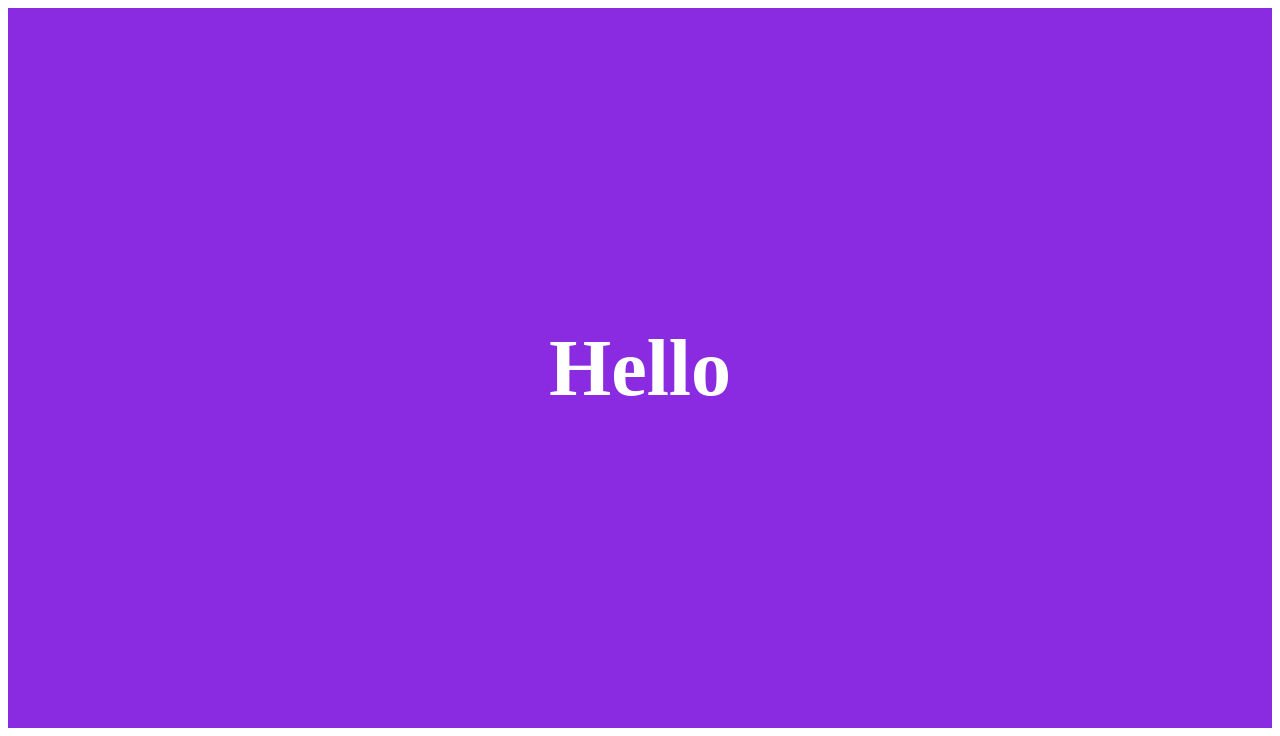
Repository: mohammadHaneen/new-project
Page: index.html
An editor plug-in stored every save of this project. The page is shown before and after the next save, followed by the edit.
The browser window is 1280 px wide. The pictures show the whole page.

Above is the page before, as saved 2022-06-14 15:59:43.

After the next save:
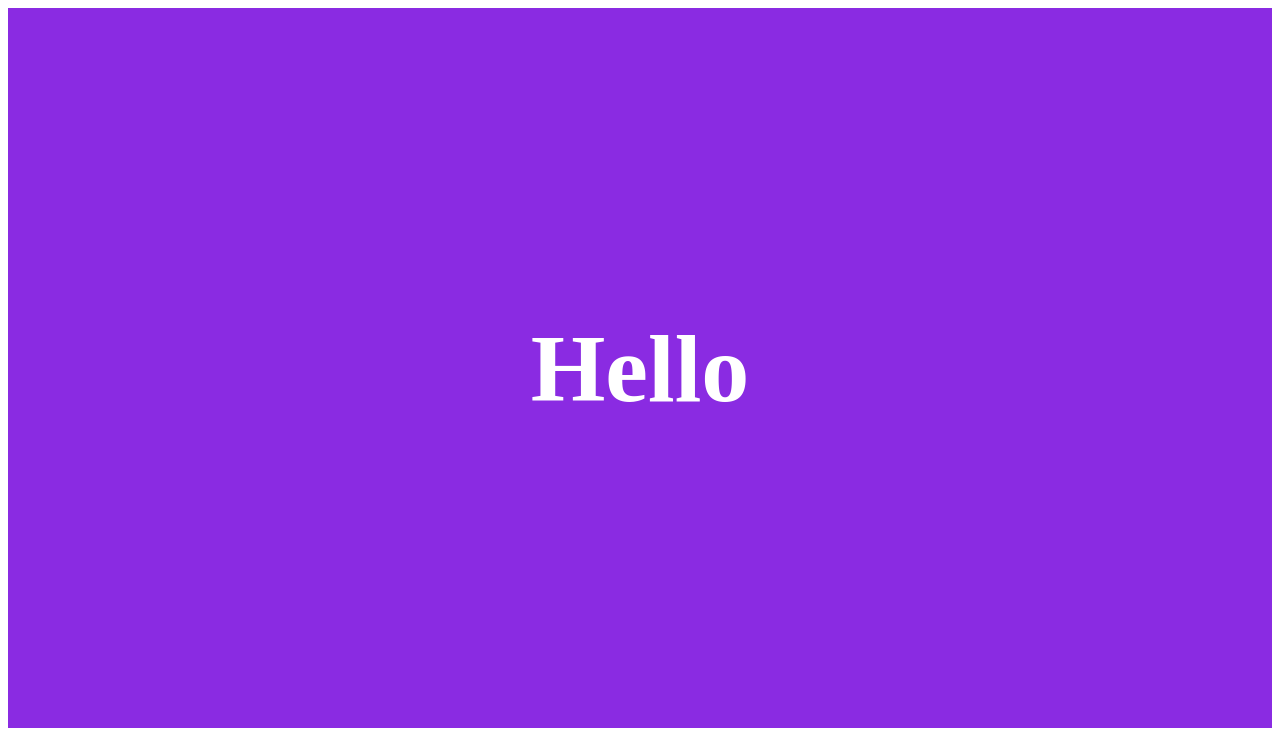
Saved 5 s later.
--- a/index.html
+++ b/index.html
@@ -18,7 +18,7 @@
 
         h2 {
             color: white;
-            font-size: 5rem;
+            font-size: 6rem;
             font-weight: 800;
         }
     </style>
